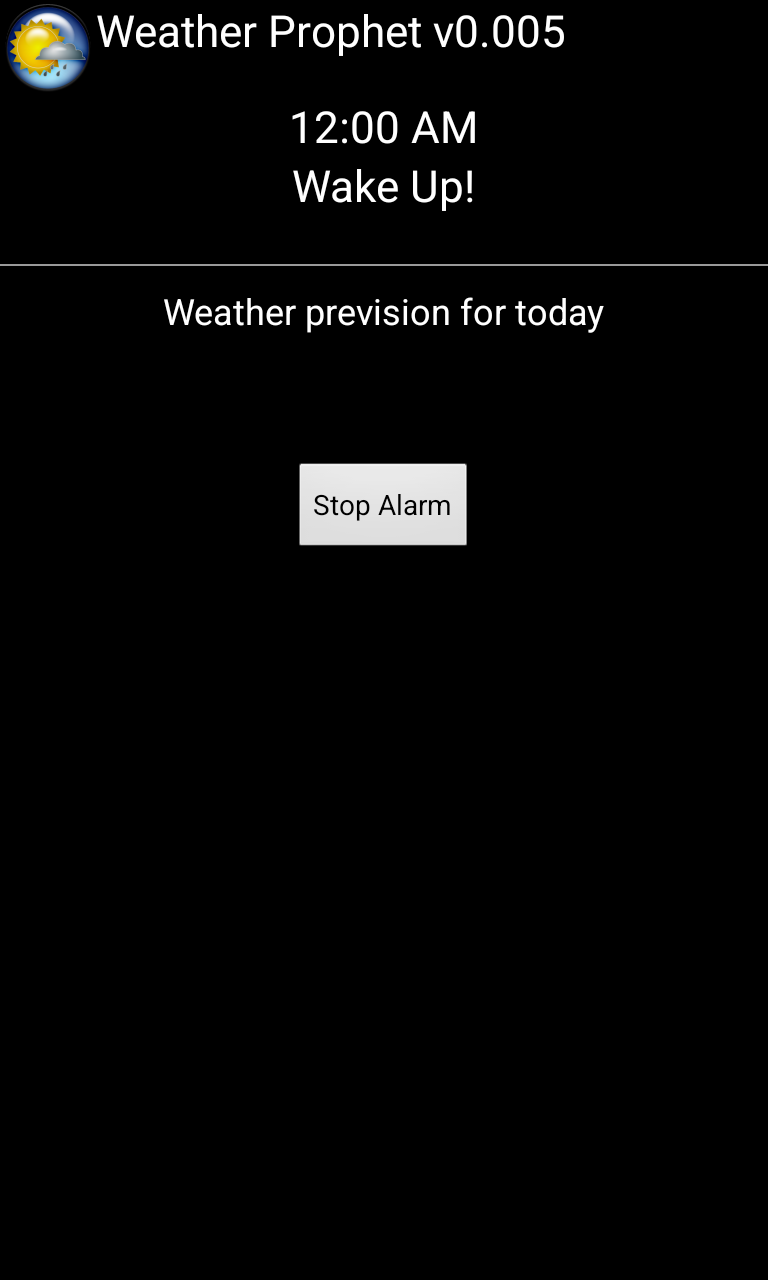
Repository: kaleidos/Weather-Prophet
Layout: android/WeatherProphet/res/layout/showalarm.xml
These files come from the project's save history. The layout is drawn as it stood at one moment and after the next save; the edit follows.
It is drawn on a 768 x 1280 px phone screen (xhdpi) without system bars, with theme android:Theme; the app's code is not run.

Above is the layout before, as saved 2011-12-16 09:11:25.

After the next save:
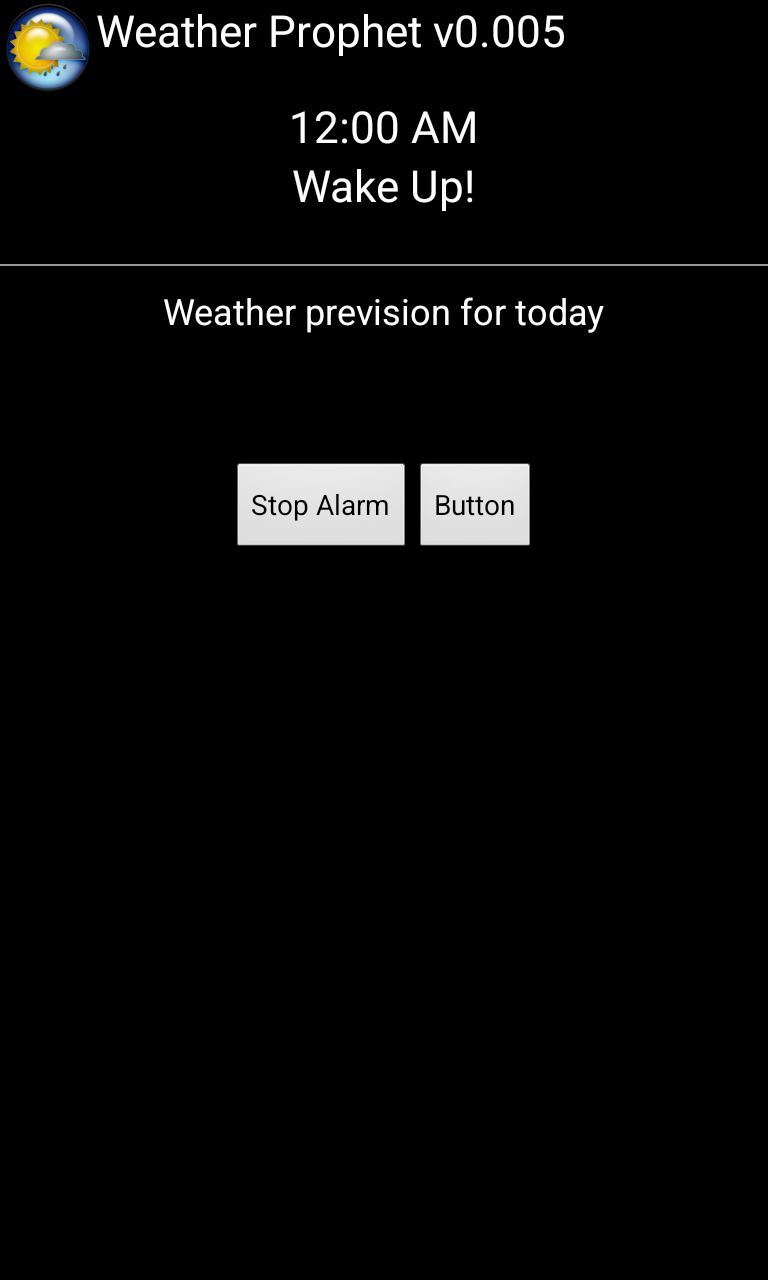
Saved 77 s later.
--- a/android/WeatherProphet/res/layout/showalarm.xml
+++ b/android/WeatherProphet/res/layout/showalarm.xml
@@ -67,12 +67,26 @@
         android:text=""
         android:textAppearance="?android:attr/textAppearanceSmall" />
 
-    <Button
-        android:id="@+id/button1"
-        android:layout_width="wrap_content"
+    <LinearLayout
+        android:id="@+id/linearLayout1"
+        android:layout_width="fill_parent"
         android:layout_height="wrap_content"
         android:layout_marginTop="25dp"
-        android:onClick="stopAlarm"
-        android:text="@string/stop_alarm" />
+        android:gravity="center_horizontal" >
+
+        <Button
+            android:id="@+id/button1"
+            android:layout_width="wrap_content"
+            android:layout_height="wrap_content"
+            android:onClick="stopAlarm"
+            android:text="@string/stop_alarm" />
+
+        <Button
+            android:id="@+id/button2"
+            android:layout_width="wrap_content"
+            android:layout_height="wrap_content"
+            android:text="Button" />
+
+    </LinearLayout>
 
 </LinearLayout>
